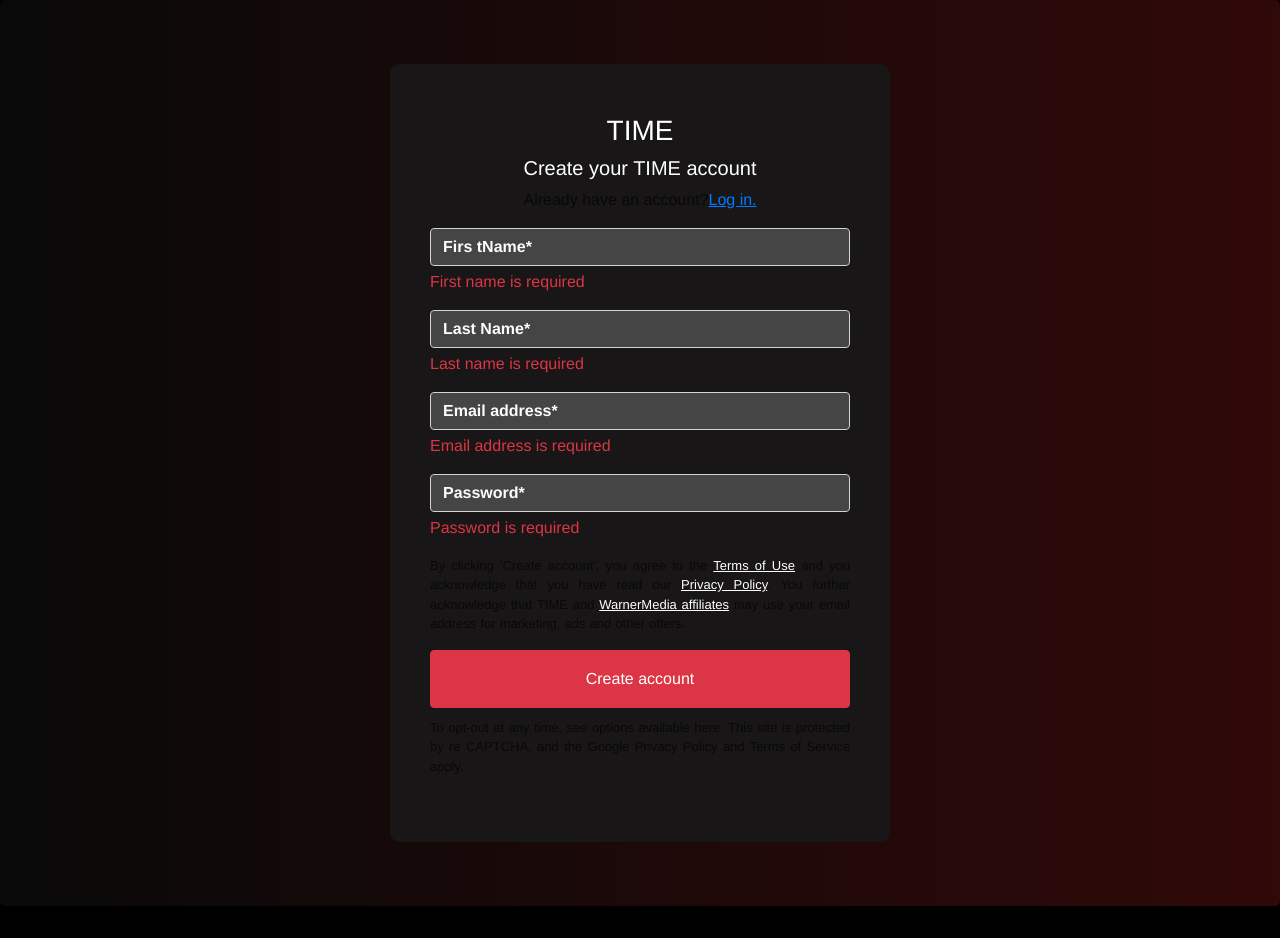
Repository: Vu14082002/WebTinTuc
Page: html/SignUp.html
The author's editor kept a copy of each file at every save. The page is drawn from the files as they stood at one save, then again after the next save.
The browser window is 1280 px wide. The pictures show the whole page.
Some web libraries are served in a nearby version.

Above is the page before, as saved 2022-04-09 14:48:07.

### html/SignUp.html
<!DOCTYPE html>
<html lang="en">
<head>
    <meta charset="UTF-8">
    <meta http-equiv="X-UA-Compatible" content="IE=edge">
    <meta name="viewport" content="width=device-width, initial-scale=1.0">
    <title>Create a TIME account | TIME</title>
    <link
    rel="stylesheet"
    href="https://pro.fontawesome.com/releases/v5.10.0/css/all.css"
    integrity="sha384-AYmEC3Yw5cVb3ZcuHtOA93w35dYTsvhLPVnYs9eStHfGJvOvKxVfELGroGkvsg+p"
    crossorigin="anonymous"
  />
    <script src="../bootstrap-4/js/jquery-3.6.0.min.js"></script>
    <script src="../bootstrap-4/js/bootstrap.min.js"></script>
    <link rel="stylesheet" href="../bootstrap-4/css/bootstrap.min.css">
    <link rel="stylesheet" href="../css/index_Footer.css">
    <link rel="stylesheet" href="../css/init.css">
    <link rel="stylesheet" href="../css/index_Header.css">
    <link rel="stylesheet" href="../css/login.css">
    <link rel="stylesheet" href="../css/SignUP.css">
    <link rel="icon" href="../Image/logo.png" type="image/gif" sizes="16x16">
</head>
<body>
    <div class="container-fluid jumbotron">
        <div class="box text-center">
            <h3>TIME</h3>
            <h5>Create your TIME account</h5>
            <p>Already have an account?<a href="../html/login.html">Log in.</a></p>
            <div class="form-group ">
                <input type="text" id="FirstName" placeholder="Firs tName*  " class="form-control  text-light "  required >
                <p class="text-left mt-1">
                    <span id="checkEmail"  class="checkLogin text-left text-right mb-2 text-danger" >First name is required</span>
                </p>
                <input type="text" id="LasttName" placeholder="Last Name* " class="form-control  text-light "  required >
                <p class="text-left mt-1">
                    <span id="checkEmail"  class="checkLogin text-left text-right mb-2 text-danger" >Last name is required</span>
                </p>
                <input type="text" id="email" placeholder="Email address* " onchange="checkPass()" class="form-control  text-light "  required >
                <p class="text-left mt-1">
                    <span id="checkEmail"  class="checkLogin text-left text-right mb-2 text-danger" >Email address is required <span>
                </p>
                <input type="password" id="pass"  placeholder="Password*" class="form-control text-light"  required>
                <p class="text-left mt-1">
                    <span id="checkEmail"  class="checkLogin text-left text-right mb-2 text-danger" >Password is required <span>
                </p>
                <p class=" text-justify">
                    By clicking 'Create account', you agree to the <a  class="theA" href="../html/TermsOfuse.html">Terms of Use</a> and you acknowledge that you have read our
                    <a  class="theA" href="https://www.warnermediaprivacy.com/policycenter/b2c/affiliateslist/">Privacy Policy</a>. You further acknowledge that TIME and <a  class="theA" href="../html/TermsOfuse.html">WarnerMedia affiliates</a> may use your email address for marketing,
                    ads and other offers.
                </p>
                <a href="../html/login.html"><button type="button" class="btn btn-danger w-100 p-3">Create account</button>  </a>
                <p class=" text-justify rieng">
                    To opt-out at any time, see options available here. This site is protected by re CAPTCHA, and the Google Privacy Policy and Terms of Service apply.
                </p>
            </div>

        </div>

    </div>
</body>
</html>

### css/index_Footer.css
footer {
    width: 100%;
    background-color: black;
}
.main{
    width: 85%;
    margin: 0 auto;
}
.main__top__search {
    padding-top: 60px;
    width: 100%;
}
.main__top__search >input {
    width: 100%;
    height: 35px;
    padding: 0 8px;
    border-radius: 3px ;
    outline: none;
}
.main__top__search1{
    display: flex;
    flex-direction: row-reverse;
    margin-top: -25px;
    margin-right: 10px;
    font-weight: bold;
    color: rgba(103, 85, 76,1);
    cursor: pointer;
}
.main__mid{
    margin: 35px 0px;
    margin-bottom: 40px;
}
.main__mid {
    display: flex;
    flex-wrap: wrap;
}
.main__mid > div {
    width: calc(100%/7);
    font-size: 14px;
    color: white;
    margin-bottom: 20px;

}
.main__mid > div  a {
    color: rgb(230 230 230);
    display: inline-block;
    margin-bottom: 8px;
}
.main__mid > div  > a {
    font-size: 16px;
    font-weight: 700;
    transition: 0.3s;
}
.main__mid > div  a:hover {
    text-decoration: underline;
    color: white;
}
.main__bottom {
    border-top: 1px solid rgb(230, 230, 230);
    display: flex;
    flex-direction: row-reverse;
    padding: 40px 0px;
}
.main__bottom > div > a, .main__bottom > div{
    width: 3%;
    max-width: 15%;
    margin: 5px;
    font-size: 25px;
    color: rgb(230, 230, 230)
}
.main__bottom > div >a :hover{
    color: white;
}
.main__bottom > div:last-child{
    font-weight: bold;
    font-size: 20px;
    text-align: center;
    width: 20%;
    margin-right: 10px;
    border-right: 1px solid rgb(230, 230, 230) ;
}

### css/init.css
* {
    font-family: Helvetica, Helvetica, Arial, sans-serif;
    box-sizing: border-box;
    list-style-type: none;
    margin: 0;
    padding: 0;
    text-decoration:  none;
  }
  a{
    text-decoration: none !important;
  }

### css/index_Header.css
/* HEADER */
header{
    position: sticky; top: 0;
}
.gif {
  background-color: #262626;
  width: 100%;
  height: 300px;
  padding: 25px;
  text-align: center;
  margin-top: 0px;

}
 .gif > img {
    display: inline-block;
    margin: 0 auto;
}
header > section {
  border-bottom: 1px solid rgb(230 230 230);

  width: 100%;
  background-color: #0c0c0c;
  display: flex;
  height: 56px;
}
header > section > nav {
    display: flex;
    /* border-bottom: 1px solid white; */
    width: 85%;
    margin:0  auto ;

}
header > section > nav > ul:first-child{
    width: 80%;
    display: flex;
}
header > section > nav > ul:last-child{
    display: flex;
    flex-direction:  row-reverse;
    width: 20%;
}

header > section > nav> ul > li{
    max-width: 300px;
}
/* paddingMenu */
header > section > nav> ul> li:first-child{
    background: #CC0000;
    padding-bottom: 55px;
}
header > section > nav> ul > li > a {
    font-size: 16px;
    text-decoration:  none;
    display: block;
    padding: 18px;
    color: #e4dfd7;
}
header > section > nav> ul > li:first-child > a{
    color: white;
}
header > section > nav> ul > li > a:hover{
    color: white;
}

### css/login.css
body{
    background-color: black;
}
.container-fluid{
    background-image: linear-gradient(to right, #090909 , #300909);
    border-radius: none;
}
.box{
    width: 500px;
    margin: 0 auto;
    background-color: #181616;
    padding: 50px 40px;
        color: white;
    border-radius: 10px;
}
.box input[type="text"],.box input[type="password"]{
    background-color: #464546;
}
.checkLogin{
    color: rgb(207, 90, 90);
}
.box ::placeholder {
    font-weight: 700;
    color: #fafdfd;
    opacity: 1; /* Firefox */
}
.box  :-ms-input-placeholder { /* Internet Explorer 10-11 */
    color: #fafdfd;
}
.box ::-ms-input-placeholder { /* Microsoft Edge */
    color: #fafdfd;
}
.box input:focus{
    color: #fafdfd;
}
.search{
    margin-top: -3px;
}
button > a{
    text-decoration: none;
    color: white;
}
.theA{
    color: white;
    text-decoration:underline;
}
.theA:hover{
    color: #d7d8d8;
}
.text-justify{
    font-size: 13px;
    word-spacing: 0.5px;
}
.rieng{
    margin-top: 10px;

}
p{
    color: #090909 !important;
}

### css/SignUP.css
a{
    text-decoration: underline !important;
}

Loaded but not shown: bootstrap-4/js/jquery-3.6.0.min.js (library); bootstrap-4/js/bootstrap.min.js (library); bootstrap-4/css/bootstrap.min.css (library)

After the next save:
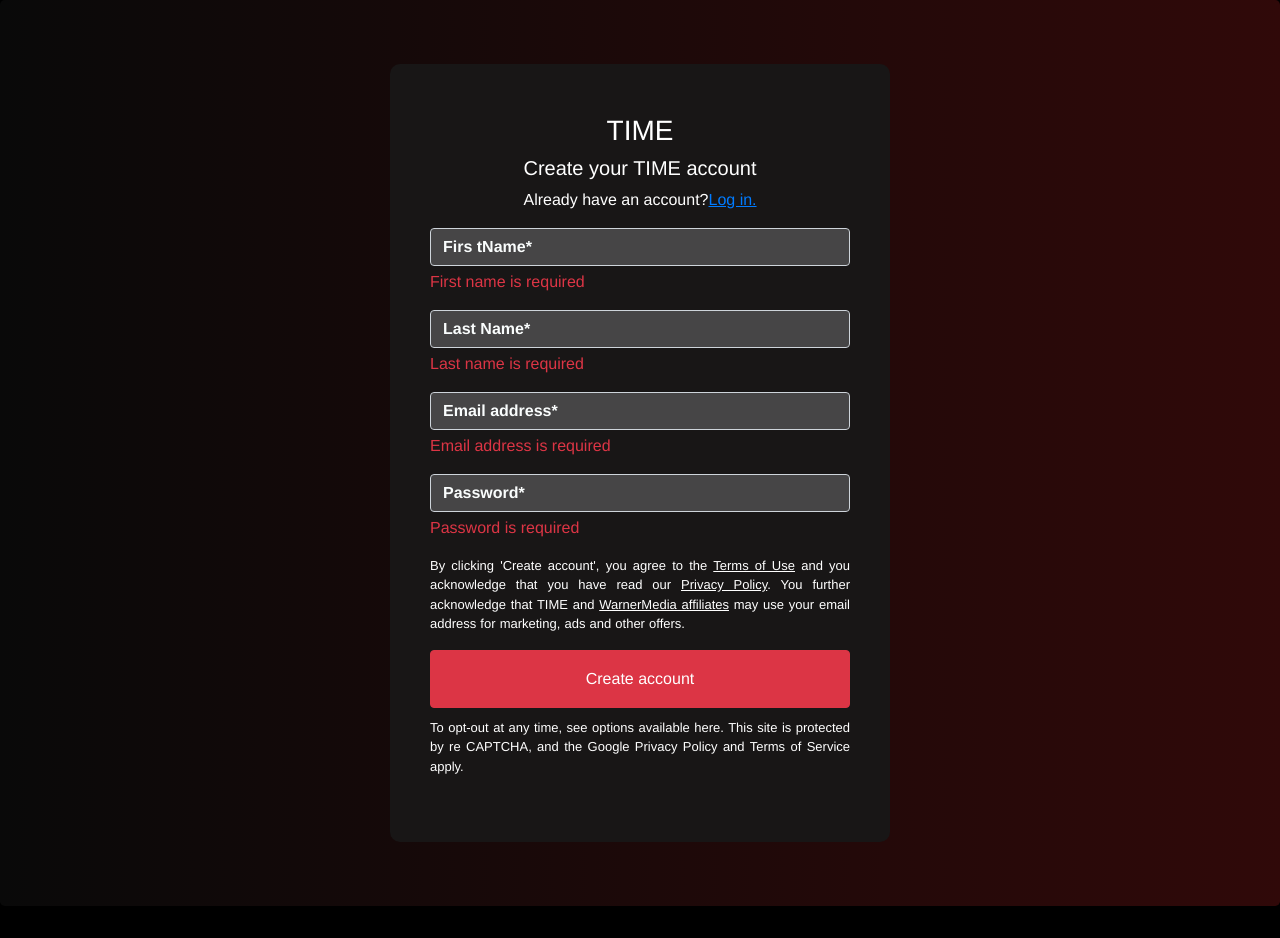
Saved 17 h 58 min later.
--- a/css/login.css
+++ b/css/login.css
@@ -55,6 +55,3 @@
     margin-top: 10px;
 
 }
-p{
-    color: #090909 !important;
-}
